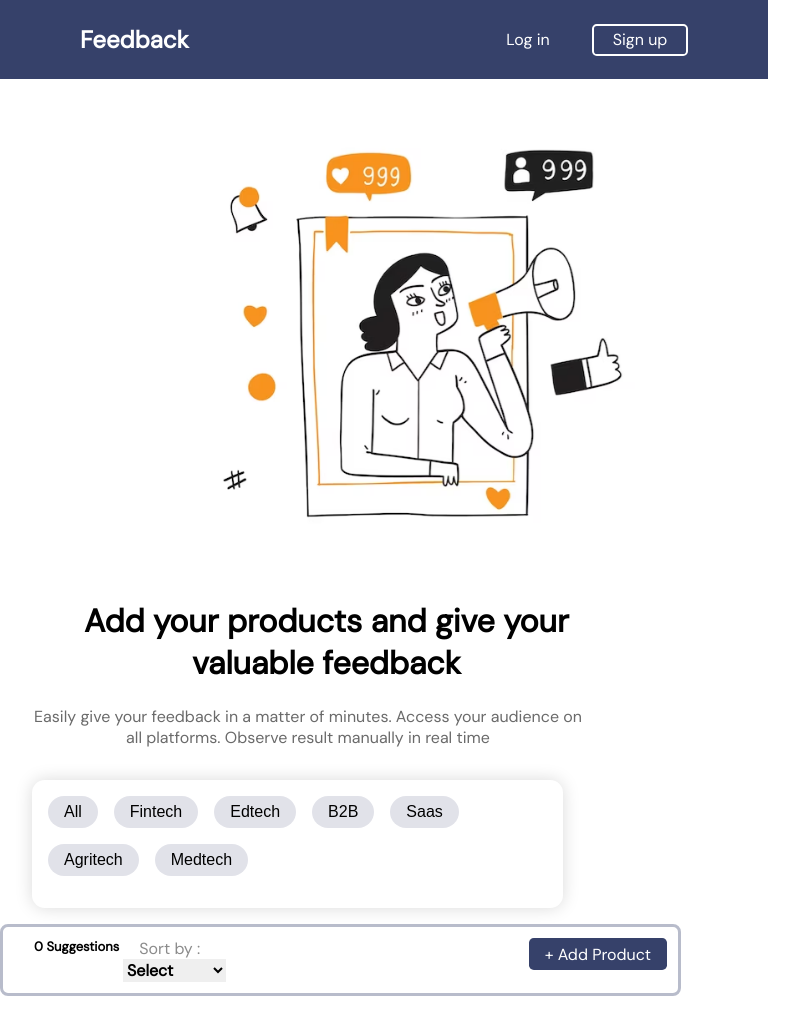
Repository: drumsmanku/final-evaluation-test
Page: / (app in client/)
An editor plug-in stored every save of this project. The page is shown before and after the next save, followed by the edit.
The browser window is 768 px wide. The page is 800 px wide, so the pictures cover 800 px, including what lies to the right of the window. The pictures show the whole page.
The page's requests for data from a server got no answer. The project was rebuilt for these pictures with package versions that can differ from the ones it lists, and the page was loaded fresh each time. No one was signed in, and anything a server would have sent is missing. Also part of the build but not shown: client/src/CSS/LoginPopUp.css, client/src/Components/LoginPopUp.js, client/src/CSS/SignupPopUp.css, client/src/Components/SignupPopUp.js, client/src/CSS/AddProductPopUp.css, client/src/Components/AddProductPopUp.js, client/src/Components/CommentsSection.js, client/src/CSS/SignUp.css and 3 more.

Above is the page before, as saved 2023-08-01 00:34:18.

After the next save:
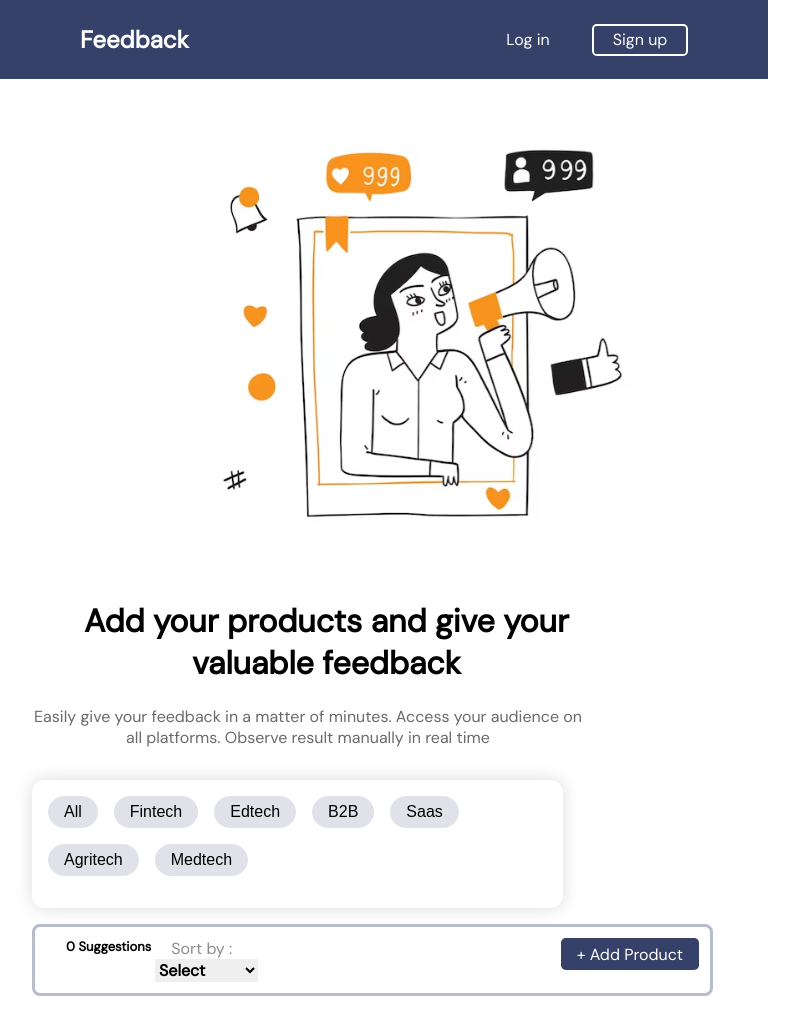
Saved 14 s later.
--- a/client/src/CSS/MainPage.css
+++ b/client/src/CSS/MainPage.css
@@ -183,6 +183,7 @@ body{
   .bottom-top-right{
     width: 85vw;
     font-size: small;
+    margin-left: 2rem;
   }
   .suggestions{
     width: 100%;
